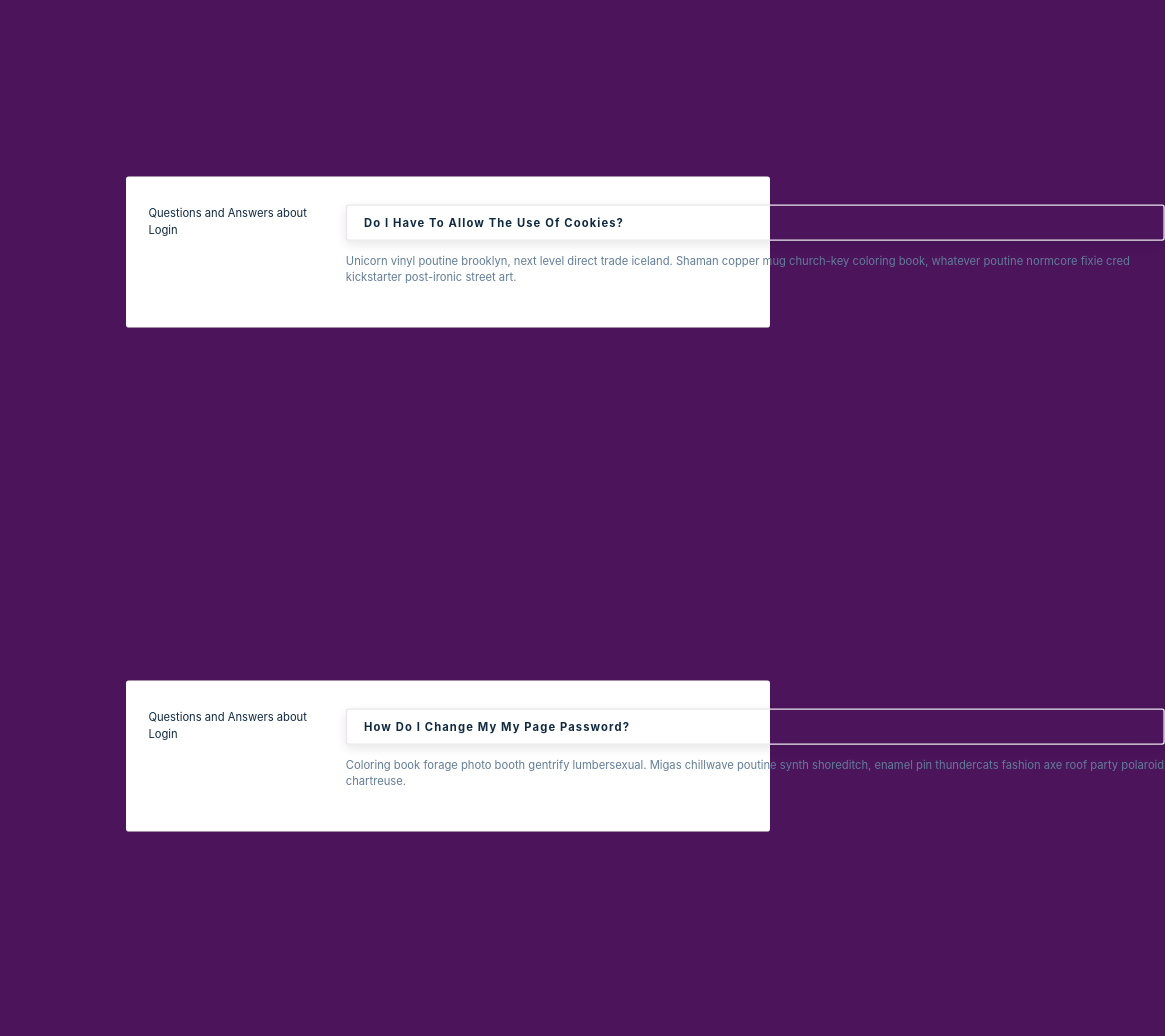
Repository: Reghanoid/Accordion
Page: /
An editor plug-in stored every save of this project. The page is shown before and after the next save, followed by the edit.
The browser window is 1280 px wide. The page is 1664 px wide, then 1382 px, then 1664 px, so the pictures cover 1664 px, including what lies to the right of the window. The pictures show the part of the page from y = 0 to 1480 px (the page is 3600 px tall before and 4080 px after), at 70% of full size.
The project was rebuilt for these pictures with package versions that can differ from the ones it lists, and the page was loaded fresh each time.

Above is the page before, as saved 2022-06-06 15:08:10.

After the next save:
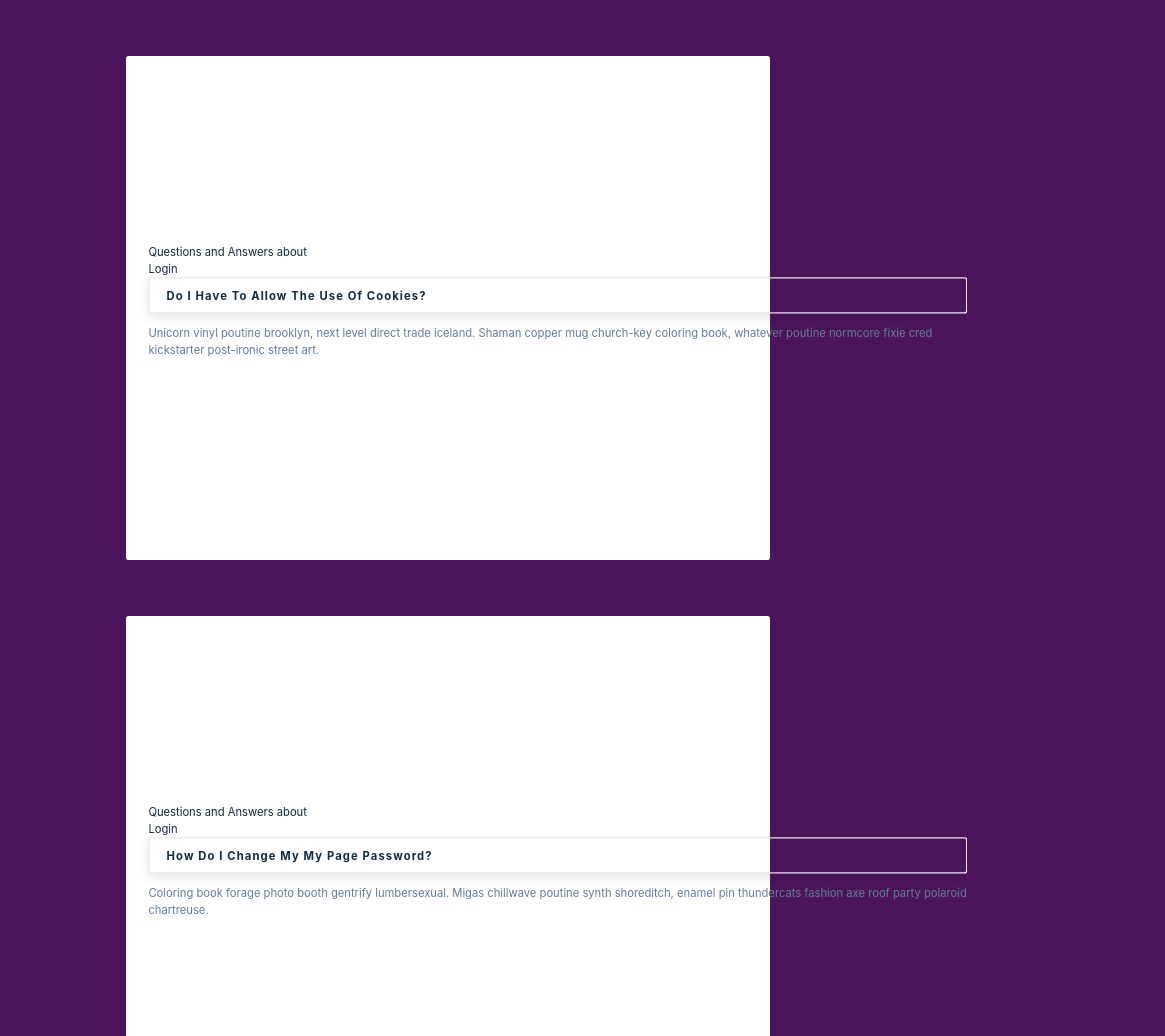
Saved 43 s later.
--- a/src/Question.js
+++ b/src/Question.js
@@ -2,8 +2,8 @@
 import { AiOutlineMinus, AiOutlinePlus } from 'react-icons/ai'
 const Question = (props) => {
   return (
-    <main>
-      <div className='container'>
+    <main className='container'>
+      <div>
         <header>Questions and Answers about Login</header>
         <div className='section'>
           <h4 className='question'> {props.title} </h4>

After the save that followed:
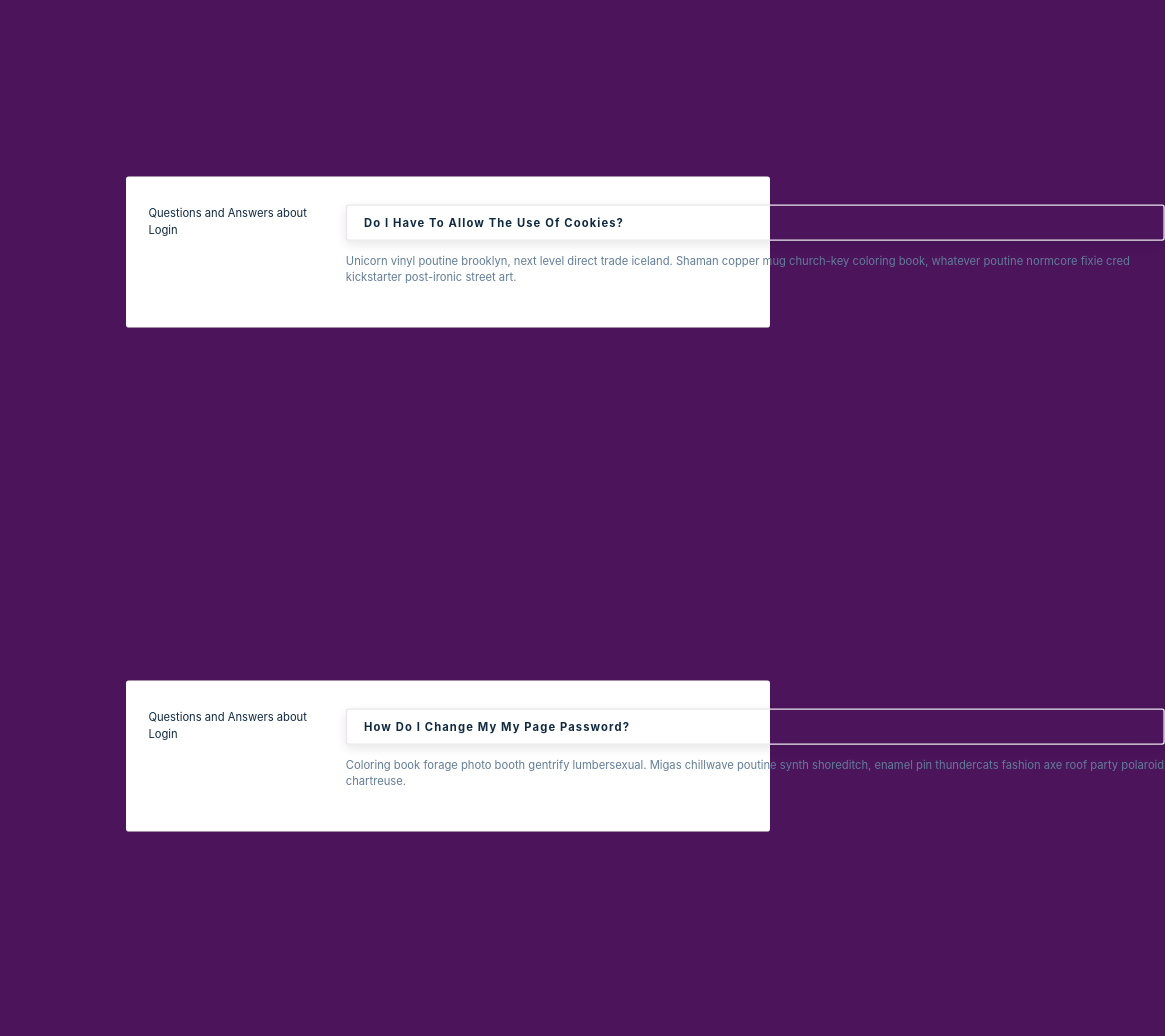
Saved 18 s later.
--- a/src/Question.js
+++ b/src/Question.js
@@ -2,8 +2,8 @@
 import { AiOutlineMinus, AiOutlinePlus } from 'react-icons/ai'
 const Question = (props) => {
   return (
-    <main className='container'>
-      <div>
+    <main>
+      <div className='container'>
         <header>Questions and Answers about Login</header>
         <div className='section'>
           <h4 className='question'> {props.title} </h4>
